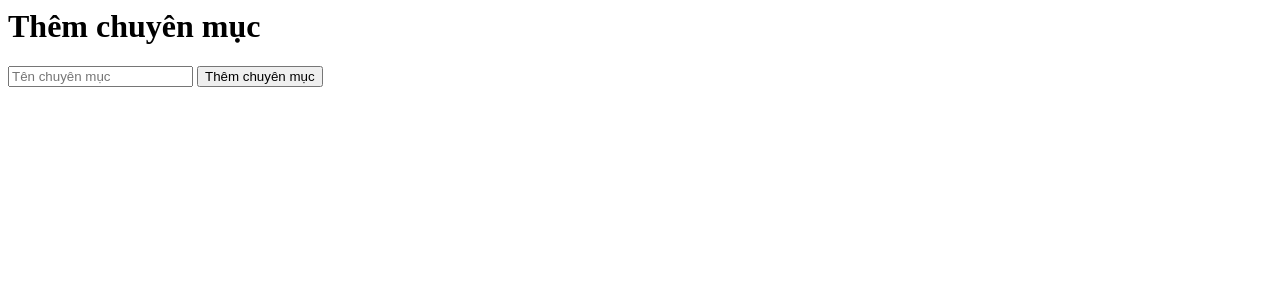
Repository: DongVersion2/laravel-test
Page: http://localhost/categories/add
An editor plug-in stored every save of this project. The page is shown before and after a run of saves, followed by the edit.
The browser window is 1280 px wide. The pictures show the whole page.
The page is served by the project's Laravel application, run on PHP 8.4 with Laravel 8. Other server files are loaded and not shown.

Above is the page before, as saved 2024-05-03 09:01:23.

### routes/web.php
<?php

use Illuminate\Support\Facades\Route;
// use App\Models\User;
use Illuminate\Http\Request;
use App\Http\Controllers\HomeController;
use App\Http\Controllers\CategoriesController;
/*
|--------------------------------------------------------------------------
| Web Routes
|--------------------------------------------------------------------------
|
| Here is where you can register web routes for your application. These
| routes are loaded by the RouteServiceProvider within a group which
| contains the "web" middleware group. Now create something great!
|
*/

// Route::get('/', function () {
//     // return view('welcome');
//     return view('home');
// })->name('homes');

//theo kiểu submit form
// Route::get('unicode', function ()
// {
//     return view('form');
// });

// Route::post('unicode', function()
// {
//     return 'phương thức post của path /unicode';
// });

// Route::put('unicode', function()
// {
//     return 'phương thức put của path / unicode';
// });

// Route::delete('unicode', function()
// {
//     return 'phương thức delete của path / unicode';
// });

// Route::patch('unicode', function()
// {
//     return 'phương thức put của patch / unicode';
// });

//nhận nhiều request
// Route::match(['get', 'post'], 'unicode', function()
// {
//    return $_SERVER['REQUEST_METHOD'];
// });

// Route::get('show-form', function()
// {
//    return view('form');
// });

//nhận tất cả các request
// Route::any('unicode', function(Request  $request)
// {
//     return $request->method();
// });

//nhận request và sau đó chuyển hướng path
// Route::redirect('unicode', 'https://laravel.com/');

//nhóm các route lại
// Route::prefix('admin')->group(function ()
// {
//     Route::get('show-form-1', function()
// {
//    return view('form');
// });
// Route::get('show-form-2', function()
// {
//    return view('form');
// });
// });

//route có tham số
//tham số có điều kiện k bắt buộc
// Route::get('tin-tuc/{id?}', function($id=null)
//tham số có điều kiện bắt buộc
// Route::get('tin-tuc/{slug?}-{id?}.html', function ($slug=null, $id=null) {
//     $content = 'nội dung slug ';
//     $content .= 'id = ' . $id . '<br>';
//     $content .= 'slug = ' . $slug;
//     return $content;
//     //valiadate
// })->where('id','[0-9]+')->where('slug', '.+')->name('tintuc');
// // hoặc cách khác
// // })->where(
// //     [
// //         // 'slug' => '[a-z-]+',
// //         'slug' => '.+',
// //         'id' => '[0-9]+'
// //     ]
// // );
// Route::get('show-form', function(){
//     return view('form');
// });

// Route::prefix('products')->middleware('checkpermission')->group(function ()
// {
//     Route::get('/', function()
//     {
//         return 'Danh sách sản phẩm';
//     });
//     Route::get('add', function()
//     {
//         return 'Thêm sản phẩm';
//     });
//     Route::get('edit', function()
//     {
//         return 'Sửa sản phẩm';
//     });
// });

// Route::get('/', 'App\Http\Controllers\HomeController@index')->name('home');

// Route::get('/tin-tuc', 'HomeController@getNews')->name('news');

// Route::get('/chuyen-muc', [HomeController::class, 'getCategories']);

// HẾT BÀI 5




// // database
// Route::get('/test-data', function () {
//     // $user = new User();
//     // $allUser = $user::all();
//     // dd($allUser);
// });


// BẮT ĐẦU BÀI 6
//client routes
Route::prefix('categories')->group(function ()
{
    //danh sách chuyên mục
    Route::get('/', [CategoriesController::class, 'index'])->name('categories.list');

    //lấy chi tiết 1 chuyên mục (áp dụng show form sửa chuyên mục)
    Route::get('/eidt/{id}', [CategoriesController::class, 'getCategory'])->name('categories.edit');

    //xử lí update chuyên mục
    Route::post('/edit/{id}', [CategoriesController::class, 'updateCategory']);

    //hiện thị form add dữ liệu
    Route::get('/add', [CategoriesController::class, 'addCategory'])->name('categories.add');

    //xử lí thêm chuyên mục
    Route::post('/add', [CategoriesController::class, 'handleAddCategory']);

    //xóa chuyên mục
    Route::delete('/delete/{id}', [CategoriesController::class, 'deleteCategory'])->name('categories.delete');
});

### app/Http/Controllers/CategoriesController.php
<?php

namespace App\Http\Controllers;

use Illuminate\Http\Request;

class CategoriesController extends Controller
{
    public function __construct()
    {

    }

    //hiển thị danh sách chuyên mục (method get)
    public function index()
    {
        return view('clients/categories/list');
    }

    //lấy ra 1 chuyên mục theo id (method get)
    public function getCategory($id)
    {
        return view('clients/categories/edit');
    }

    //sửa 1 chuyên mục(method post)
    public function updateCategory($id)
    {
        return "Submit sửa chuyên mục".$id;
    }

    //show form thêm dữ liệu (method get)
    public function addCategory()
    {
        return view('clients/categories/add');
    }

    //thêm dữ liệu vào chuyên mục(method post)
    public function handleAddCategory()
    {
        return "Submit thêm chuyên mục";
    }

    //xóa dữ liệu (method delete)
    public function deleteCategory($id)
    {
        return "Submit xóa chuyên mục".$id;
    }
}

### resources/views/clients/categories/add.php
<h1>Thêm chuyên mục</h1>

<form method="POST" action="<?php echo route('categories.add') ?>">
    <input type="text" name="category_name" placeholder="Tên chuyên mục">
    <button type="submit">Thêm chuyên mục</button>
</form>

Loaded but not shown: app/Http/Controllers/Controller.php (common file)

After the next 2 saves:
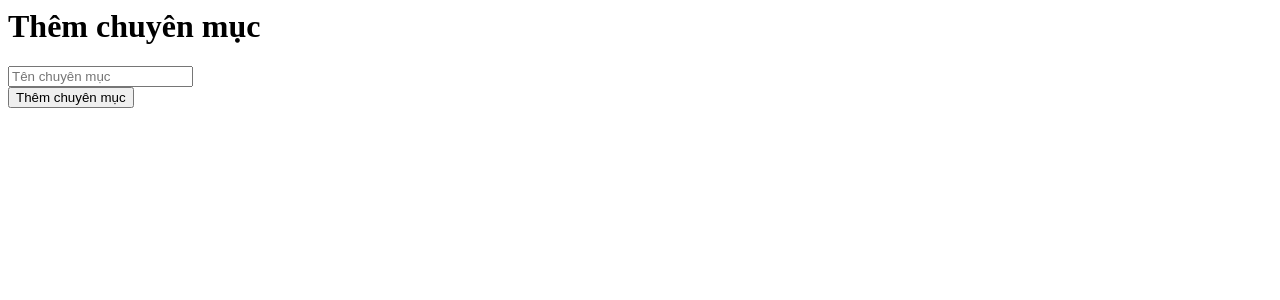
The 2 saves are shown as one change because they came seconds apart.
The last was saved 31 s later.
--- a/resources/views/clients/categories/add.php
+++ b/resources/views/clients/categories/add.php
@@ -1,6 +1,8 @@
 <h1>Thêm chuyên mục</h1>
 
 <form method="POST" action="<?php echo route('categories.add') ?>">
-    <input type="text" name="category_name" placeholder="Tên chuyên mục">
+    <div>
+        <input type="text" name="category_name" placeholder="Tên chuyên mục">
+    </div>
     <button type="submit">Thêm chuyên mục</button>
 </form>
